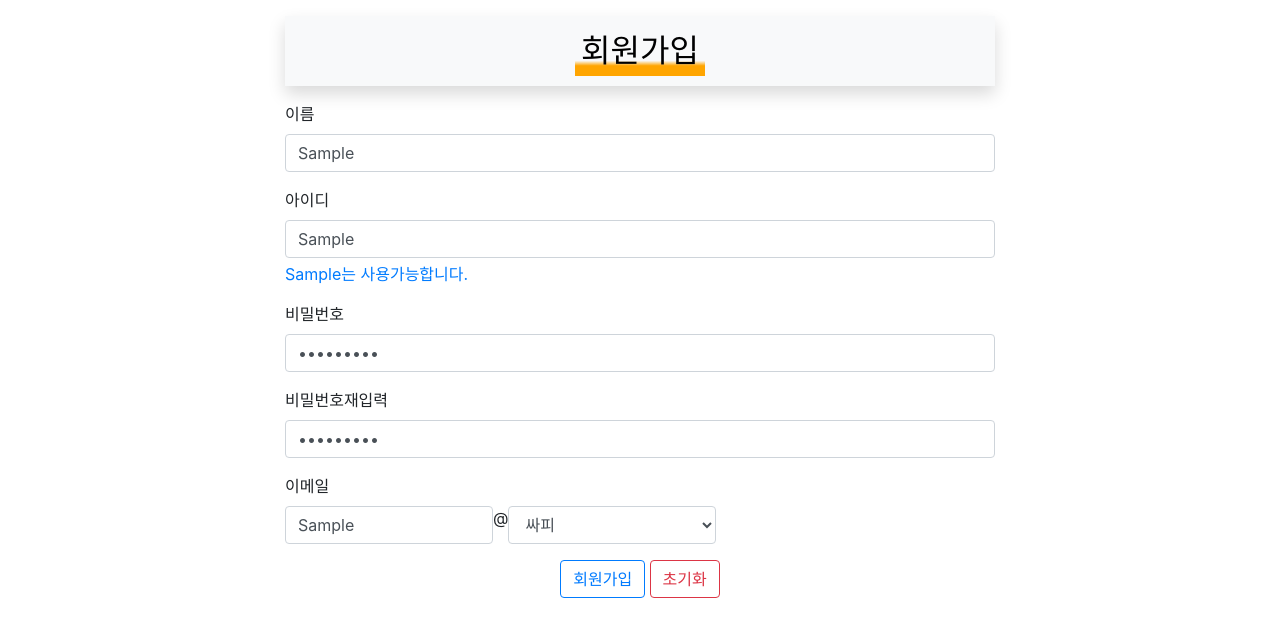
Repository: rltn2121/ssafy_7th
Page: http://localhost/guestbook_mvc/user/join.jsp
The author's editor kept a copy of each file at every save. The page is drawn from the files as they stood at one save, then again after the next save.
The browser window is 1280 px wide. The pictures show the whole page.
Empty fields were first filled with sample values (such as "Sample", 5 or name@example.com).
After loading, the first visible `#userid` was changed once.
The page is served by Tomcat 9. Other server files are loaded and not shown. The database holds what the project's SQL file puts in it.

Above is the page before, as saved 2022-03-24 02:19:19.

### guestbook_mvc/WebContent/user/join.jsp
<%@ page language="java" contentType="text/html; charset=UTF-8"
    pageEncoding="UTF-8"%>
<%@ include file="/template/header.jsp" %>

    <style>
        mark.orange {
            background: linear-gradient(to top, orange 20%, transparent 30%);
        }
    </style>

    <script type="text/javascript">
        $(document).ready(function () {
        	var isId = false;
        	// 아이디 중복검사
        	$("#userid").keyup(function () {
        		var ckid = $("#userid").val();
        		if(ckid.length < 6 || ckid.length > 16) {
        			$("#idresult").text("아이디는 6자이상 16자이하입니다.").removeClass('text-primary').removeClass('text-danger').addClass('text-dark');
        			isId = false;
        		} else {
	                $.ajax({
	                	url: '<%= root %>/user',
	                	data: {'act': 'idcheck', 'ckid': ckid},
	                  	type: 'GET',
	                  	dataType: 'text',
	                  	success: function (response) {
	                    	var cnt = parseInt(response);
	                    	if(cnt == 0) {
	                    		$("#idresult").text(ckid + "는 사용가능합니다.").removeClass('text-dark').removeClass('text-danger').addClass('text-primary');
	                    		isId = true;
	                    	} else {
	                    		$("#idresult").text(ckid + "는 사용할 수 없습니다.").removeClass('text-dark').removeClass('text-primary').addClass('text-danger');
	                    		isId = false;
	                    	}
	                  	}
					});
        		}
			});

        	// 회원가입
            $("#registerBtn").click(function () {
                if (!$("#username").val()) {
                    alert("이름 입력!!!");
                    return;
                } else if (!isId) {
                    alert("아이디 확인!!!");
                    return;
                } else if (!$("#userpwd").val()) {
                    alert("비밀번호 입력!!!");
                    return;
                } else if ($("#userpwd").val() != $("#pwdcheck").val()) {
                    alert("비밀번호 확인!!!");
                    return;
                } else {
                    $("#memberform").attr("action", "<%= root %>/user").submit();
                }
            });

            // $('#zipcode').focusin(function () {
            //     $('#zipModal').modal();
            // });
        });
    </script>
</head>
<body>
    <div class="container text-center mt-3">
        <div class="col-lg-8 mx-auto">
            <h2 class="p-3 mb-3 shadow bg-light"><mark class="orange">회원가입</mark></h2>
            <form id="memberform" class="text-left mb-3" method="post" action="">
                <input type="hidden" name="act" id="act" value="register">
                <div class="form-group">
                    <label for="username">이름</label>
                    <input type="text" class="form-control" id="username" name="username" placeholder="이름입력...">
                </div>
                <div class="form-group">
                    <label for="userid">아이디</label>
                    <input type="text" class="form-control" id="userid" name="userid" placeholder="아이디입력...">
                    <div id="idresult" class="mt-1"></div>
                </div>
                <div class="form-group">
                    <label for="userpwd">비밀번호</label>
                    <input type="password" class="form-control" id="userpwd" name="userpwd" placeholder="비밀번호입력...">
                </div>
                <div class="form-group">
                    <label for="pwdcheck">비밀번호재입력</label>
                    <input type="password" class="form-control" id="pwdcheck" name="pwdcheck" placeholder="비밀번호재입력...">
                </div>
                <div class="form-group">
                    <label for="emailid">이메일</label><br>
                    <div id="email" class="custom-control-inline">
                        <input type="text" class="form-control" id="emailid" name="emailid" placeholder="이메일아이디입력..."
                            size="25"> @
                        <select class="form-control" id="emaildomain" name="emaildomain">
                            <option value="ssafy.com">싸피</option>
                            <option value="naver.com">네이버</option>
                            <option value="kakao.com">카카오</option>
                            <option value="google.com">구글</option>
                        </select>
                    </div>
                </div>
                <!--
                <div class="form-group">
                    <label for="tel1">전화번호</label>
                    <div id="tel" class="custom-control-inline">
                        <select class="form-control" id="tel1" name="tel1">
                            <option value="010">010</option>
                            <option value="02">02</option>
                            <option value="031">031</option>
                            <option value="032">032</option>
                            <option value="041">041</option>
                            <option value="051">051</option>
                            <option value="061">061</option>
                        </select> _
                        <input type="text" class="form-control" id="tel2" name="tel2" placeholder=""> _
                        <input type="text" class="form-control" id="tel3" name="tel3" placeholder="">
                    </div>
                </div>
                <div class="form-group">
                    <label for="zipcode">주소</label><br>
                    <div id="addressdiv" class="custom-control-inline">
                        <input type="text" class="form-control" id="zipcode" name="zipcode" placeholder="우편번호" size="7"
                            maxlength="5" readonly="readonly">
                    </div>
                    <input type="text" class="form-control" id="address" name="address" placeholder="">
                    <input type="text" class="form-control" id="address_detail" name="address_detail" placeholder="">
                </div>
                -->
                <div class="form-group text-center">
                    <button type="button" id="registerBtn" class="btn btn-outline-primary">회원가입</button>
                    <button type="reset" class="btn btn-outline-danger">초기화</button>
                </div>
            </form>
        </div>
    </div>
    <!-- 우편번호 검색 모달 -->
    <!--
    <div id="zipModal" class="modal fade" role="dialog">
        <h5 class="modal-title" id="myModalLabel">우편번호검색</h5>
        <div class="modal-dialog">
            <div class="modal-content">
                <div class="modal-header text-center">
                    <button type="button" class="close" data-dismiss="modal" aria-label="Close">
                        <span aria-hidden="true">×</span>
                    </button>
                </div>
                <div class="modal-body text-center">
                    <form id="zip_codeForm">
                        <div align="center">
                            <label>도로명 주소검색</label>
                        </div>
                        <div class="input-group">
                            <input type="text" class="form-control" id="doro" name="doro"
                                placeholder="검색 할 도로명 입력(예: 대왕판교로, 학하서로)">
                            <span class="input-group-btn">
                                <input type="submit" class="btn btn-warning" value="검색" id="searchBtn">
                            </span>
                        </div>
                    </form>
                    <div style="width:100%; height:200px; overflow:auto">
                        <table class="table text-center">
                            <thead>
                                <tr>
                                    <th style="width:150px;">우편번호</th>
                                    <th style="width:600px;">주소</th>
                                </tr>
                            </thead>
                            <tbody id="zip_codeList"></tbody>
                        </table>
                    </div>
                </div>
            </div>
        </div>
    </div>
    -->

<%@ include file="/template/footer.jsp" %>

### guestbook_mvc/WebContent/template/header.jsp
<%@ page language="java" contentType="text/html; charset=UTF-8"
    pageEncoding="UTF-8"%>
<%
String root = request.getContextPath();
%>
<!DOCTYPE html>
<html>

<head>
    <meta charset="UTF-8">
    <title>SSAFY</title>
    <meta name="viewport" content="width=device-width, initial-scale=1">
    <link rel="stylesheet" href="https://maxcdn.bootstrapcdn.com/bootstrap/4.5.2/css/bootstrap.min.css">
    <script src="https://ajax.googleapis.com/ajax/libs/jquery/3.5.1/jquery.min.js"></script>
    <script src="https://cdnjs.cloudflare.com/ajax/libs/popper.js/1.16.0/umd/popper.min.js"></script>
    <script src="https://maxcdn.bootstrapcdn.com/bootstrap/4.5.2/js/bootstrap.min.js"></script>
</head>

<body>

### guestbook_mvc/src/com/ssafy/guestbook/controller/MemberServlet.java
package com.ssafy.guestbook.controller;

import java.io.IOException;

import javax.servlet.ServletException;
import javax.servlet.annotation.WebServlet;
import javax.servlet.http.*;

import com.ssafy.guestbook.model.MemberDto;
import com.ssafy.guestbook.model.service.MemberService;
import com.ssafy.guestbook.model.service.MemberServiceImpl;

@WebServlet("/user")
public class MemberServlet extends HttpServlet {
	private static final long serialVersionUID = 1L;

	private MemberService memberService = MemberServiceImpl.getMemberService();

	protected void doPost(HttpServletRequest request, HttpServletResponse response)
			throws ServletException, IOException {
		request.setCharacterEncoding("utf-8");
		doGet(request, response);
	}

	protected void doGet(HttpServletRequest request, HttpServletResponse response) throws ServletException, IOException {
		String act = request.getParameter("act");
		String path = "/index.jsp";
		if("mvregister".equals(act)) {
			response.sendRedirect(request.getContextPath() + "/user/join.jsp");
		} else if("register".equals(act)) {
			path = registerMember(request, response);
			request.getRequestDispatcher(path).forward(request, response);
		} else if("idcheck".equals(act)) {
			int cnt = idCheck(request, response);
			response.getWriter().append(cnt+"");
		} else if("mvlogin".equals(act)) {

		} else if("login".equals(act)) {
			path = loginMember(request, response);

		} else if("logout".equals(act)) {
			path = loginOutMember(request, response);

		}
	}

	private int idCheck(HttpServletRequest request, HttpServletResponse response) {
		int cnt = 1;
		String id = request.getParameter("ckid");
		cnt = memberService.idCheck(id);
		return cnt;
	}

	private String registerMember(HttpServletRequest request, HttpServletResponse response) {
		MemberDto memberDto = new MemberDto();
		memberDto.setUserName(request.getParameter("username"));
		memberDto.setUserId(request.getParameter("userid"));
		memberDto.setUserPwd(request.getParameter("userpwd"));
		memberDto.setEmail(request.getParameter("emailid") + "@" + request.getParameter("emaildomain"));
		try {
			memberService.registerMember(memberDto);
			return "/user/login.jsp";
		} catch (Exception e) {
			// TODO Auto-generated catch block
			e.printStackTrace();
			request.setAttribute("msg", "회원가입 중 문제가 발생했습니다.");
			return "/error/error.jsp";
		}
	}

	private String loginMember(HttpServletRequest request, HttpServletResponse response) {
		MemberDto memberDto = null;

		String id = request.getParameter("userid");
		String pass = request.getParameter("userpwd");

		try {
			memberDto = memberService.login(id, pass);
		} catch (Exception e) {
			e.printStackTrace();
			request.setAttribute("msg", "로그인 처리중 문제 발생!!");
			return "/error/error.jsp";
		}

		return "";
	}

	private String loginOutMember(HttpServletRequest request, HttpServletResponse response) {

		return "/index.jsp";
	}

}

### guestbook_mvc/src/com/ssafy/guestbook/model/service/MemberServiceImpl.java
package com.ssafy.guestbook.model.service;

import com.ssafy.guestbook.model.MemberDto;
import com.ssafy.guestbook.model.dao.MemberDao;
import com.ssafy.guestbook.model.dao.MemberDaoImpl;

public class MemberServiceImpl implements MemberService {

	private MemberDao memberDao = MemberDaoImpl.getMemberDao();

	private static MemberService memberService = new MemberServiceImpl();

	private MemberServiceImpl() {}

	public static MemberService getMemberService() {
		return memberService;
	}

	@Override
	public int idCheck(String id) {
		return memberDao.idCheck(id);
	}

	@Override
	public void registerMember(MemberDto memberDto) throws Exception {
		memberDao.registerMember(memberDto);
	}

	@Override
	public MemberDto login(String id, String pass) throws Exception {
		return memberDao.login(id, pass);
	}

}

### guestbook_mvc/src/com/ssafy/guestbook/model/dao/MemberDao.java
package com.ssafy.guestbook.model.dao;

import java.sql.SQLException;

import com.ssafy.guestbook.model.MemberDto;

public interface MemberDao {

	int idCheck(String id);
	void registerMember(MemberDto memberDto) throws SQLException;
	MemberDto login(String id, String pass) throws SQLException;

}

### guestbook_mvc/src/com/ssafy/guestbook/model/dao/MemberDaoImpl.java
package com.ssafy.guestbook.model.dao;

import java.sql.*;

import com.ssafy.guestbook.model.MemberDto;
import com.ssafy.util.DBUtil;

public class MemberDaoImpl implements MemberDao {

	private DBUtil dbUtil = DBUtil.getInstance();

	private static MemberDao memberDao = new MemberDaoImpl();

	private MemberDaoImpl() {}

	public static MemberDao getMemberDao() {
		return memberDao;
	}

	@Override
	public int idCheck(String id) {
		int cnt = 1;
		Connection conn = null;
		PreparedStatement pstmt = null;
		ResultSet rs = null;
		try {
			conn = dbUtil.getConnection();
			StringBuilder loginMember = new StringBuilder();
			loginMember.append("select count(userid) \n");
			loginMember.append("from ssafy_member \n");
			loginMember.append("where userid = ?");
			pstmt = conn.prepareStatement(loginMember.toString());
			pstmt.setString(1, id);
			rs = pstmt.executeQuery();
			rs.next();
			cnt = rs.getInt(1);
		} catch (SQLException e) {
			e.printStackTrace();
			cnt = 1;
		} finally {
			dbUtil.close(rs, pstmt, conn);
		}
		return cnt;
	}

	@Override
	public void registerMember(MemberDto memberDto) throws SQLException {
		Connection conn = null;
		PreparedStatement pstmt = null;
		try {
			conn = dbUtil.getConnection();
			StringBuilder registerMember = new StringBuilder();
			registerMember.append("insert into ssafy_member (userid, username, userpwd, email, joindate) \n");
			registerMember.append("values (?, ?, ?, ?, now())");
			pstmt = conn.prepareStatement(registerMember.toString());
			pstmt.setString(1, memberDto.getUserId());
			pstmt.setString(2, memberDto.getUserName());
			pstmt.setString(3, memberDto.getUserPwd());
			pstmt.setString(4, memberDto.getEmail());
			pstmt.executeUpdate();
		} finally {
			dbUtil.close(pstmt, conn);
		}
	}

	@Override
	public MemberDto login(String id, String pass) throws SQLException {
		MemberDto memberDto = null;
		Connection conn = null;
		PreparedStatement pstmt = null;
		ResultSet rs = null;
		try {
			conn = dbUtil.getConnection();
			StringBuilder loginMember = new StringBuilder();
			loginMember.append("select userid, username \n");
			loginMember.append("from ssafy_member \n");
			loginMember.append("where userid = ? and userpwd = ? \n");
			pstmt = conn.prepareStatement(loginMember.toString());
			pstmt.setString(1, id);
			pstmt.setString(2, pass);
			rs = pstmt.executeQuery();
			if (rs.next()) {
				memberDto = new MemberDto();
				memberDto.setUserId(rs.getString("userid"));
				memberDto.setUserName(rs.getString("username"));
			}
		} finally {
			dbUtil.close(rs, pstmt, conn);
		}
		return memberDto;
	}

}

### guestbook_mvc/res/table.sql (the tables this page reads)
CREATE TABLE IF NOT EXISTS `ssafyweb`.`ssafy_member` (
  `userid` VARCHAR(16) NOT NULL,
  `username` VARCHAR(20) NOT NULL,
  `userpwd` VARCHAR(16) NOT NULL,
  `email` VARCHAR(20) NULL DEFAULT NULL,
  `joindate` TIMESTAMP NOT NULL DEFAULT CURRENT_TIMESTAMP,
  PRIMARY KEY (`userid`))
ENGINE = InnoDB
DEFAULT CHARACTER SET = utf8mb4
COLLATE = utf8mb4_0900_ai_ci;

insert into ssafy_member (userid, username, userpwd, email, joindate)
values ('admin', '관리자', '1234', 'admin@ssafy.com', now());

insert into ssafy_member (userid, username, userpwd, email, joindate)
values ('ssafy', '싸피', 'ssafy', 'ssafy@ssafy.com', now());

Loaded but not shown: guestbook_mvc/WebContent/template/footer.jsp (common file)

After the next save:
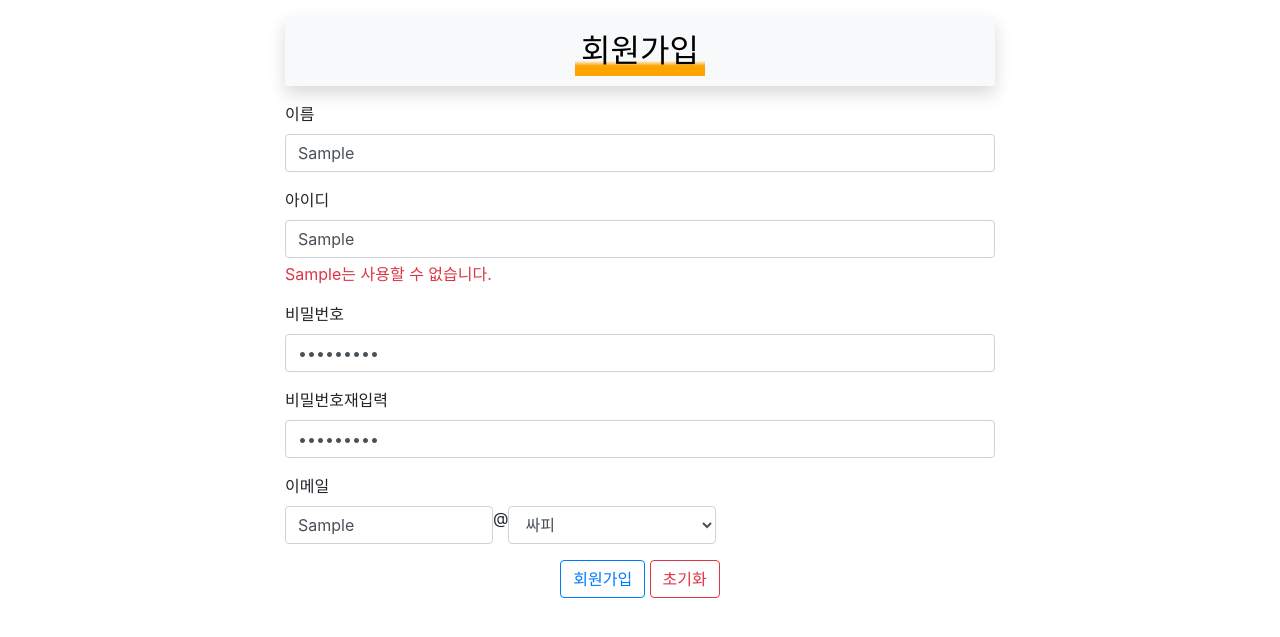
Saved 5 min 21 s later.
--- a/guestbook_mvc/WebContent/user/join.jsp
+++ b/guestbook_mvc/WebContent/user/join.jsp
@@ -25,7 +25,7 @@
 	                  	dataType: 'text',
 	                  	success: function (response) {
 	                    	var cnt = parseInt(response);
-	                    	if(cnt == 0) {
+	                    	if(cnt == 1) {
 	                    		$("#idresult").text(ckid + "는 사용가능합니다.").removeClass('text-dark').removeClass('text-danger').addClass('text-primary');
 	                    		isId = true;
 	                    	} else {
